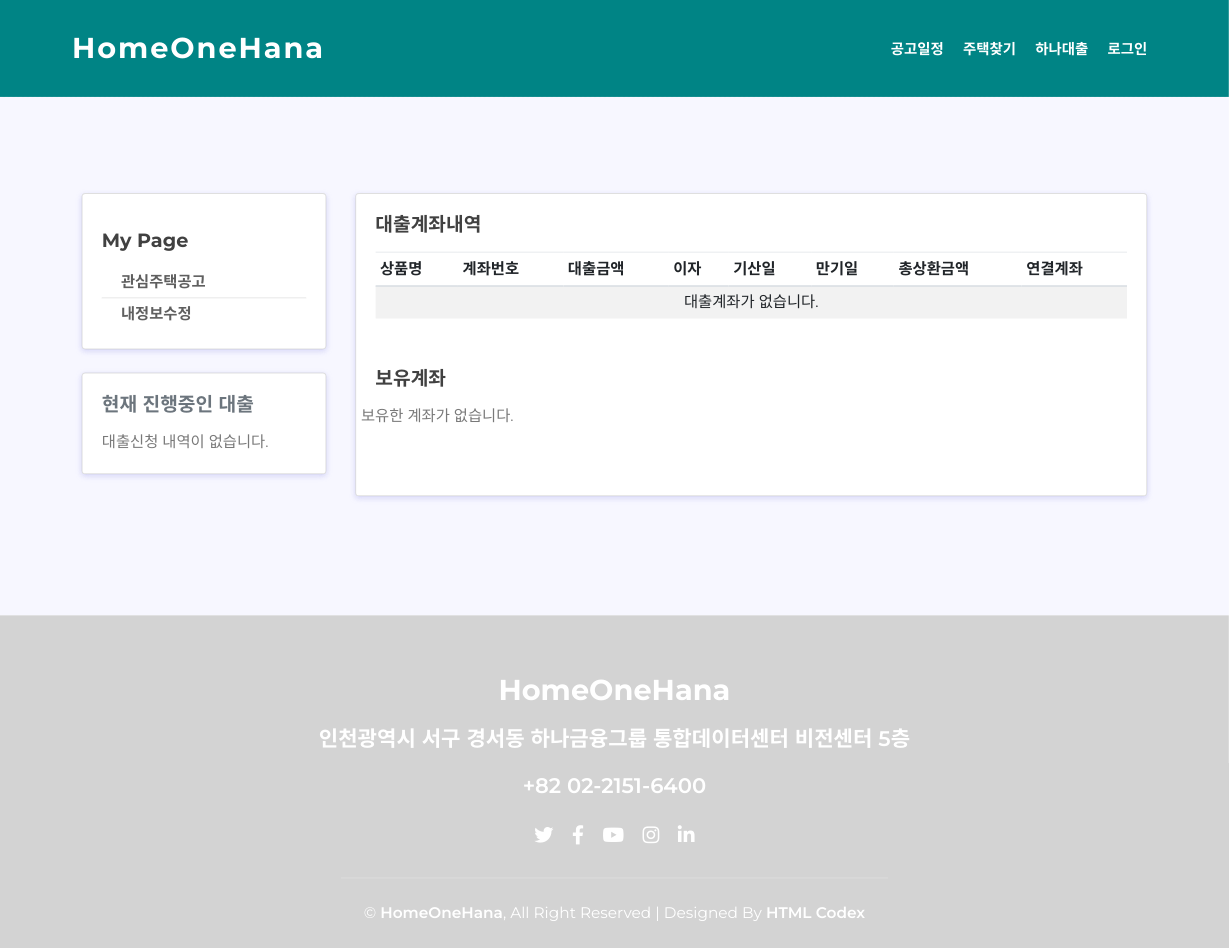
Repository: koposoftware/2021_10_syyoon
Page: http://localhost/HomeOneHana/WEB-INF/jsp/mypage/mypage.jsp
The author's editor kept a copy of each file at every save. The page is drawn from the files as they stood at one save, then again after the next save.
The browser window is 1280 px wide. The pictures show the whole page, at 96% of full size.
After loading, the first visible `#Menu2` was clicked once.
Some icons come from a web library that is not loaded, so they are not drawn. Some web libraries are served in a nearby version. The page is served by Tomcat 9. Nobody is signed in. Other server files are loaded and not shown. The template is opened directly, without the code that normally fills it, so the values that code supplies are empty.

Above is the page before, as saved 2021-09-20 12:24:23.

### project/Spring-mvc/HomeOneHana/src/main/webapp/WEB-INF/jsp/mypage/mypage.jsp
<%@ page language="java" contentType="text/html; charset=UTF-8"
    pageEncoding="UTF-8"%>
<%@ taglib prefix="c" uri="http://java.sun.com/jsp/jstl/core" %>
<%@ taglib prefix="fmt" uri="http://java.sun.com/jsp/jstl/fmt" %>
<%@ taglib prefix="fn" uri="http://java.sun.com/jsp/jstl/functions" %>
<!DOCTYPE html>
<html>
<head>
<meta charset="UTF-8">
<title>HomeOneHana::마이페이지</title>
<link href="${ pageContext.request.contextPath }/resources/css/top/menubg.css" rel="stylesheet">
<link href="${ pageContext.request.contextPath }/resources/css/mypage/mypage.css" rel="stylesheet">
<script src="https://code.jquery.com/jquery-3.6.0.js"></script>
<script src="${ pageContext.request.contextPath }/resources/js/mypage/mypage.js"></script>

</head>
<body>
	<header>
		<div class="limiter">
			<div class="container-login100">
				<div class="wrap-login100">
					<jsp:include page="../include/topMenu.jsp" />
				</div>
			</div>
		</div>

	</header>
	<section>
		<div class="body">
		<div class="container">
			<div class="row">
			    <div class="col-12 col-lg-3">
					<div class="card">
						<div class="card-body">

							<h5 class="my-3">My Page</h5>
							<div class="fm-menu">
								<div class="list-group list-group-flush">
									<a id="Menu1" href="javascript:;" class="list-group-item py-1"><i class="bx bx-devices me-2"></i><span>대출계좌관리</span></a>
									<a id="Menu2" href="javascript:;" class="list-group-item py-1"><i class="bx bx-folder me-2"></i><span>관심주택공고</span></a>
									<a href="javascript:;" class="list-group-item py-1"><i class="bx bx-plug me-2"></i><span>내정보수정</span></a>

								</div>
							</div>
						</div>
					</div>
					<div class="card">
						<div class="card-body">
							<h5 class="mb-0 text-primary font-weight-bold"><span class="float-end text-secondary">현재 진행중인 대출</span></h5>

							<div class="mt-3"></div>
							<c:if test="${not empty contractList }">
								<c:forEach items="${contractList }" var="contract" varStatus="loop">

									<div class="d-flex align-items-center loanbox">
										<div


											<c:if test="${contract.status eq '심사중' }">class="fm-file-box bg-light-primary text-primary loan-reviewBox"</c:if>
											<c:if test="${contract.status eq '대출완료' }">class="fm-file-box bg-light-primary text-primary loan-finishBox"</c:if>
											<c:if test="${contract.status eq '대출승인' }"> class="fm-file-box bg-light-primary text-primary loan-acceptBox"</c:if>
											<c:if test="${contract.status eq '대출거절' }"> class="fm-file-box bg-light-primary text-primary loan-rejectBox"</c:if>
											>
											<p class="loanstatus">${ contract.status}</p>
										</div>
										<div class="flex-grow-1 ms-2">
											<h6 class="mb-0 loanname"><a
												<c:if test="${contract.status eq '대출승인' }">
													href="${ pageContext.request.contextPath }/loan/contract?contractcode=${contract.contractcode}"
												</c:if>
												<c:if test="${contract.status ne '대출승인' }">
													href="#"
												</c:if>


												>

												${ contract.loanname}</a></h6>
											<p class="mb-0 text-secondary loandate">${contract.stratdt }</p>
										</div>

									</div>

								</c:forEach>

							</c:if>

							<c:if test="${ empty contractList }">
							<div class="d-flex align-items-center mt-3">
								대출신청 내역이 없습니다.
							</div>
							</c:if>

						</div>
					</div>
				</div>


				<div class="col-12 col-lg-9">
					<div class="card" >


					<div class="card-body" id="menu1">
							<div class="d-flex align-items-center">
								<div>
									<h5 class="mb-0">대출계좌내역</h5>
								</div>

							</div>
							<div class="table-responsive mt-3" style="margin-bottom:50px;">
								<table class="table table-striped table-hover table-sm mb-0">
									<thead>
										<tr>
											<th>상품명</th>
											<th>계좌번호</th>
											<th>대출금액</th>
											<th>이자</th>
											<th>기산일</th>
											<th>만기일</th>
											<th>총상환금액</th>
											<th>연결계좌</th>
										</tr>
									</thead>
									<tbody>
									<c:if test="${not empty loanaccountList }">
										<c:forEach items="${loanaccountList }" var="loanacc" varStatus="loop">
										<tr>
											<td>${loanacc.loanname }</td>
											<td>${ fn:substring(loanacc.loanaccount,0,3) }-${ fn:substring(loanacc.loanaccount,3,9) }-${ fn:substring(loanacc.loanaccount,9,13) }</td>
											<td><fmt:formatNumber value="${loanacc.principal }" type="currency"/></td>
											<td>${loanacc.finalrate }%</td>
											<td>${loanacc.accountdt }</td>
											<td>${loanacc.duedate }</td>
											<td>${loanacc.repayamount }</td>
											<td>${ fn:substring(loanacc.account,0,3) }-${ fn:substring(loanacc.account,3,9) }-${ fn:substring(loanacc.account,9,13) }</td>
										</tr>
										</c:forEach>

									</c:if>
									<c:if test="${empty loanaccountList }">
										<tr>
											<td style="text-align:center;" colspan="8">대출계좌가 없습니다.</td>
										</tr>
									</c:if>
									</tbody>
								</table>
							</div>

							<div class="d-flex align-items-center">
								<div>
									<h5 class="mb-0">보유계좌</h5>
								</div>

							</div>
							<div class="row mt-3" style="margin-bottom:50px;">
								<c:if test="${ not empty accountList }">
									<c:forEach items="${ accountList }" var="acc" varStatus="loop">
											<div class="col-12 col-lg-4">
												<div class="card shadow-none border radius-15">
												<div class="card-body">
													<div class="d-flex align-items-center">
														<div ><span class="subti" >${acc.name}</span>
														</div>
														<div class="ms-auto"><i class="fas fa-money-check-alt"></i>
														</div>
													</div>
													<h5 class="mt-3 mb-0"><fmt:formatNumber value="${acc.balance }" type="currency"/></h5>
													<p class="mb-1 mt-4" style="font-size:12px;">
														<span class="float-end">${fn:substring(acc.account,0,3)}-${fn:substring(acc.account,3,9)}-${fn:substring(acc.account,9,13)}</span>
														<span>(${acc.alias})</span>
													</p>
													</div>
												</div>
											</div>
									</c:forEach>
								</c:if>
								<c:if test="${ empty accountList }">
									<div >
										보유한 계좌가 없습니다.
									</div>
								</c:if>
							</div>


						</div>


						<div class="card-body" id="menu2">

							<h5>관심주택</h5>
							<div class="row mt-3" style="margin-bottom:50px;">
								<c:if test="${not empty favoriteHome }">
									<c:forEach items="${ favoriteHome }" var="home" varStatus="loop">
										<div class="col-12 col-lg-4">
											<div class="card shadow-none border radius-15">
											<div class="card-body">
												<div class="d-flex align-items-center">
													<div ><span class="subti"><i class="fas fa-home"></i> ${home.enrolldt}</span>
													</div>
													<div class="ms-auto font-20"><i class="fas fa-star" style="color:#ffd400;"></i>
													</div>
												</div>
												<h5 class="mt-3 mb-0">

													<a

														<c:if test="${contract.status eq '대출승인' }">href="${pageContext.request.contextPath }/search/Detail/${ home.rnadres }"</c:if>
														<c:if test="${contract.status ne '대출승인' }">href="#"</c:if>

														>${home.rnadres}</a>

												</h5>
												<p class="mb-1 mt-4" style="font-size:12px;"><span>${home.insttnm}</span>-<span class="float-end">${home.suplytynm}</span>
												</p>
												</div>
											</div>
										</div>

									</c:forEach>
								</c:if>


								<c:if test="${ empty favoriteHome }">
									<div>
										즐겨찾기한 주택이 없습니다.
									</div>
								</c:if>
							</div>

							<!--end row-->
							<div class="d-flex align-items-center">
								<div>
									<h5 class="mb-0">관심공고</h5>
								</div>

							</div>
							<div class="table-responsive mt-3" style="margin-bottom:50px;">
								<table class="table table-striped table-hover table-sm mb-0">
									<thead>
										<tr>
											<th>공고명 <i class="bx bx-up-arrow-alt ms-2"></i>
											</th>
											<th>마감일</th>
											<th>즐겨찾기등록일</th>
											<th></th>
										</tr>
									</thead>
									<tbody>
									<c:if test="${not empty favoriteNotice }">
										<c:forEach items="${favoriteNotice }" var="noti" varStatus="loop">
										<tr>
											<td>
												<div class="d-flex align-items-center">
													<div><i class="bx bxs-file-pdf me-2 font-24 text-danger"></i>
													</div>
													<div class="font-weight-bold">
														${noti.noticetitle }
													</div>
												</div>
											</td>
											<td>${noti.noticeend }</td>
											<td>${noti.enrolldt }</td>
											<td><i class="fas fa-heart font-22" style="color:#e90061"></i>
											</td>
										</tr>
										</c:forEach>

									</c:if>
									<c:if test="${empty favoriteNotice }">
										<tr>
											<td colspan="4">관심공고가 없습니다.</td>
										</tr>
									</c:if>
									</tbody>
								</table>
							</div>
						</div>
						</div>

					</div>
				</div>

			</div>
			</div>
			</div>
	</section>
	<script>
		$('#menu1').show()
		$('#menu2').hide()
	</script>
	<footer>
		<jsp:include page="../include/bottomMenu.jsp" />
	</footer>
</body>
</html>

### project/Spring-mvc/HomeOneHana/src/main/webapp/WEB-INF/jsp/include/topMenu.jsp
<%@ page language="java" contentType="text/html; charset=UTF-8"
    pageEncoding="UTF-8"%>
<%@ taglib prefix="c" uri="http://java.sun.com/jsp/jstl/core" %>

        <meta content="width=device-width, initial-scale=1.0" name="viewport">
        <meta content="Free Website Template" name="keywords">
        <meta content="Free Website Template" name="description">


		<!-- font-awesome icon  -->
		<link href="//maxcdn.bootstrapcdn.com/font-awesome/4.1.0/css/font-awesome.min.css" rel="stylesheet" />

        <!-- Favicon -->
        <!-- <link href="/Practice-Web/Front/img/favicon.ico" rel="icon"> -->

        <!-- Google Font -->
        <link href="https://fonts.googleapis.com/css2?family=Montserrat:wght@300;400;500;600;700&display=swap" rel="stylesheet">
		<link href="https://fonts.googleapis.com/css2?family=Noto+Sans+KR:wght@100&display=swap" rel="stylesheet">

        <!-- CSS Libraries -->
        <link href="https://stackpath.bootstrapcdn.com/bootstrap/4.4.1/css/bootstrap.min.css" rel="stylesheet">
        <link href="https://cdnjs.cloudflare.com/ajax/libs/font-awesome/5.10.0/css/all.min.css" rel="stylesheet">

        <link href="${ pageContext.request.contextPath }/resources/lib/animate/animate.min.css" rel="stylesheet">
        <link href="${ pageContext.request.contextPath }/resources/lib/owlcarousel/assets/owl.carousel.min.css" rel="stylesheet">
        <link href="${ pageContext.request.contextPath }/resources/lib/lightbox/css/lightbox.min.css" rel="stylesheet">



        <!-- Template Stylesheet -->
        <link href="${ pageContext.request.contextPath }/resources/css/style.css" rel="stylesheet">

<!-- Nav Bar Start -->
<div class="navbar navbar-expand-lg bg-light navbar-light">
    <div class="container-fluid">
        <a href="${ pageContext.request.contextPath }/" class="navbar-brand">HomeOneHana</a>
        <button type="button" class="navbar-toggler" data-toggle="collapse" data-target="#navbarCollapse">
            <span class="navbar-toggler-icon"></span>
        </button>

        <div class="collapse navbar-collapse justify-content-between" id="navbarCollapse">
            <div class="navbar-nav ml-auto">
                <a href="${ pageContext.request.contextPath }/schedule" class="nav-item nav-link">공고일정</a>
                <a href="${ pageContext.request.contextPath }/search" class="nav-item nav-link">주택찾기</a>
                <a href="${ pageContext.request.contextPath }/loan" class="nav-item nav-link">하나대출</a>
            	<c:if test="${ empty sessionScope.loginVO  }">
                <!-- <a href="Front/index2.jsp" class="nav-item nav-link active">Home</a> -->
                <%-- <a href="${ pageContext.request.contextPath }/loan/review" class="nav-item nav-link">대출상담</a> --%>
                <a href="${ pageContext.request.contextPath }/login" class="nav-item nav-link">로그인</a>
				</c:if>

                <%--로그인사용자만 접근가능 --%>
                <c:if test="${ not empty sessionScope.loginVO  }">
	               	<a href="${ pageContext.request.contextPath }/logout" class="nav-item nav-link">로그아웃</a>
	                <a href="${ pageContext.request.contextPath }/mypage" class="nav-item nav-link"><i class="fas fa-user-circle fa-3x"></i></a>
                </c:if>

            </div>
        </div>
    </div>
</div>

### project/Spring-mvc/HomeOneHana/src/main/webapp/WEB-INF/jsp/include/bottomMenu.jsp
<%@ page language="java" contentType="text/html; charset=UTF-8"
    pageEncoding="UTF-8"%>
		<!-- Footer Start -->
        <div class="footer wow fadeIn" data-wow-delay="0.3s">
            <div class="container-fluid">
                <div class="container">
                    <div class="footer-info">
                        <h2>HomeOneHana</h2>
                        <h3>인천광역시 서구 경서동 하나금융그룹 통합데이터센터 비전센터 5층</h3>
                        <div class="footer-menu">
                            <p>+82 02-2151-6400</p>
                        </div>
                        <div class="footer-social">
                            <a href=""><i class="fab fa-twitter"></i></a>
                            <a href=""><i class="fab fa-facebook-f"></i></a>
                            <a href=""><i class="fab fa-youtube"></i></a>
                            <a href=""><i class="fab fa-instagram"></i></a>
                            <a href=""><i class="fab fa-linkedin-in"></i></a>
                        </div>
                    </div>
                </div>
                <div class="container copyright">
                    <p>&copy; <a href="#">HomeOneHana</a>, All Right Reserved | Designed By <a href="https://htmlcodex.com">HTML Codex</a></p>
                </div>
            </div>
        </div>
        <!-- Footer End -->


        <!-- Back to top button -->
        <a href="#" class="btn back-to-top"><i class="fa fa-chevron-up"></i></a>


        <!-- Pre Loader -->
        <div id="loader" class="show">
            <div class="loader"></div>
        </div>


		<!-- JavaScript Libraries -->
        <script src="https://code.jquery.com/jquery-3.4.1.min.js"></script>
        <script src="https://stackpath.bootstrapcdn.com/bootstrap/4.4.1/js/bootstrap.bundle.min.js"></script>
        <script src="${ pageContext.request.contextPath }/resources/lib/easing/easing.min.js"></script>
        <script src="${ pageContext.request.contextPath }/resources/lib/wow/wow.min.js"></script>
        <script src="${ pageContext.request.contextPath }/resources/lib/waypoints/waypoints.min.js"></script>
        <script src="${ pageContext.request.contextPath }/resources/lib/typed/typed.min.js"></script>
        <script src="${ pageContext.request.contextPath }/resources/lib/owlcarousel/owl.carousel.min.js"></script>
        <script src="${ pageContext.request.contextPath }/resources/lib/isotope/isotope.pkgd.min.js"></script>
        <script src="${ pageContext.request.contextPath }/resources/lib/lightbox/js/lightbox.min.js"></script>

        <!-- Contact Javascript File -->
        <script src="${ pageContext.request.contextPath }/resources/mail/jqBootstrapValidation.min.js"></script>
        <script src="${ pageContext.request.contextPath }/resources/mail/contact.js"></script>

        <!-- Template Javascript -->
        <script src="${ pageContext.request.contextPath }/resources/js/main.js"></script>

### project/Spring-mvc/HomeOneHana/src/main/webapp/resources/css/top/menubg.css
@charset "UTF-8";


header{
	height:101px;
	background-color:#008485;
}
@media(max-width:992px){
	header{
		height:70px;
	}
}

### project/Spring-mvc/HomeOneHana/src/main/webapp/resources/css/mypage/mypage.css
@charset "UTF-8";



.body{
padding-top:100px;
padding-bottom:100px;
background-color: #f7f7ff;
}
.card {
    position: relative;
    display: flex;
    flex-direction: column;
    min-width: 0;
    word-wrap: break-word;
    background-color: #fff;
    background-clip: border-box;
    border: 0px solid rgba(0, 0, 0, 0);
    border-radius: .25rem;
    margin-bottom: 1.5rem;
    box-shadow: 0 2px 6px 0 rgb(218 218 253 / 65%), 0 2px 6px 0 rgb(206 206 238 / 54%);
}

.card-body h5{
	font-weight:700;
}


.fm-file-box {
    font-size: 25px;
    background: #e9ecef;
    width: 44px;
    height: 44px;
    display: flex;
    align-items: center;
    justify-content: center;
    border-radius: .25rem;
}
.ms-2 {
    margin-left: .5rem!important;
}

.fm-menu .list-group a {
    font-size: 16px;
    color: #5f5f5f;
    display: flex;
    align-items: center;
}
.list-group-flush>.list-group-item {
    border-width: 0 0 1px;
}
.list-group-item+.list-group-item {
    border-top-width: 0;
}
.py-1 {
	font-weight:700;
    padding-top: .25rem!important;
    padding-bottom: .25rem!important;
}
.list-group-item {
    position: relative;
    display: block;
    padding: .5rem 1rem;
    text-decoration: none;
    background-color: #fff;
    border: 1px solid rgba(0, 0, 0, .125);
}

.radius-15 {
    border-radius: 15px;
}
.fm-icon-box {
    font-size: 32px;
    background: #ffffff;
    width: 52px;
    height: 52px;
    display: flex;
    align-items: center;
    justify-content: center;
    border-radius: .25rem;
}
.font-24 {
    font-size: 24px;
}
.ms-auto {
    margin-left: auto!important;
}
.font-30 {
    font-size: 30px;
}
.user-groups img {
    margin-left: -14px;
    border: 1px solid #e4e4e4;
    padding: 2px;
    cursor: pointer;
}

.rounded-circle {
    border-radius: 50%!important;
}

### project/Spring-mvc/HomeOneHana/src/main/webapp/resources/js/mypage/mypage.js
/**
 *
 */
$(document).ready(function(){
	$('#Menu2').click(function(){
		$('#Menu1').hide()
	})

})

Loaded but not shown: project/Spring-mvc/HomeOneHana/src/main/webapp/resources/lib/animate/animate.min.css (library); project/Spring-mvc/HomeOneHana/src/main/webapp/resources/lib/owlcarousel/assets/owl.carousel.min.css (common file); project/Spring-mvc/HomeOneHana/src/main/webapp/resources/lib/lightbox/css/lightbox.min.css (common file); project/Spring-mvc/HomeOneHana/src/main/webapp/resources/lib/easing/easing.min.js (common file); project/Spring-mvc/HomeOneHana/src/main/webapp/resources/lib/wow/wow.min.js (library); project/Spring-mvc/HomeOneHana/src/main/webapp/resources/lib/waypoints/waypoints.min.js (library); project/Spring-mvc/HomeOneHana/src/main/webapp/resources/lib/typed/typed.min.js (library); project/Spring-mvc/HomeOneHana/src/main/webapp/resources/lib/owlcarousel/owl.carousel.min.js (library); project/Spring-mvc/HomeOneHana/src/main/webapp/resources/lib/isotope/isotope.pkgd.min.js (library); project/Spring-mvc/HomeOneHana/src/main/webapp/resources/lib/lightbox/js/lightbox.min.js (library); project/Spring-mvc/HomeOneHana/src/main/webapp/resources/mail/jqBootstrapValidation.min.js (library); project/Spring-mvc/HomeOneHana/src/main/webapp/resources/js/main.js (108 lines, source omitted); project/Spring-mvc/HomeOneHana/src/main/webapp/resources/mail/contact.js (65 lines, source omitted); project/Spring-mvc/HomeOneHana/src/main/webapp/resources/css/style.css (1648 lines, source omitted)

After the next save:
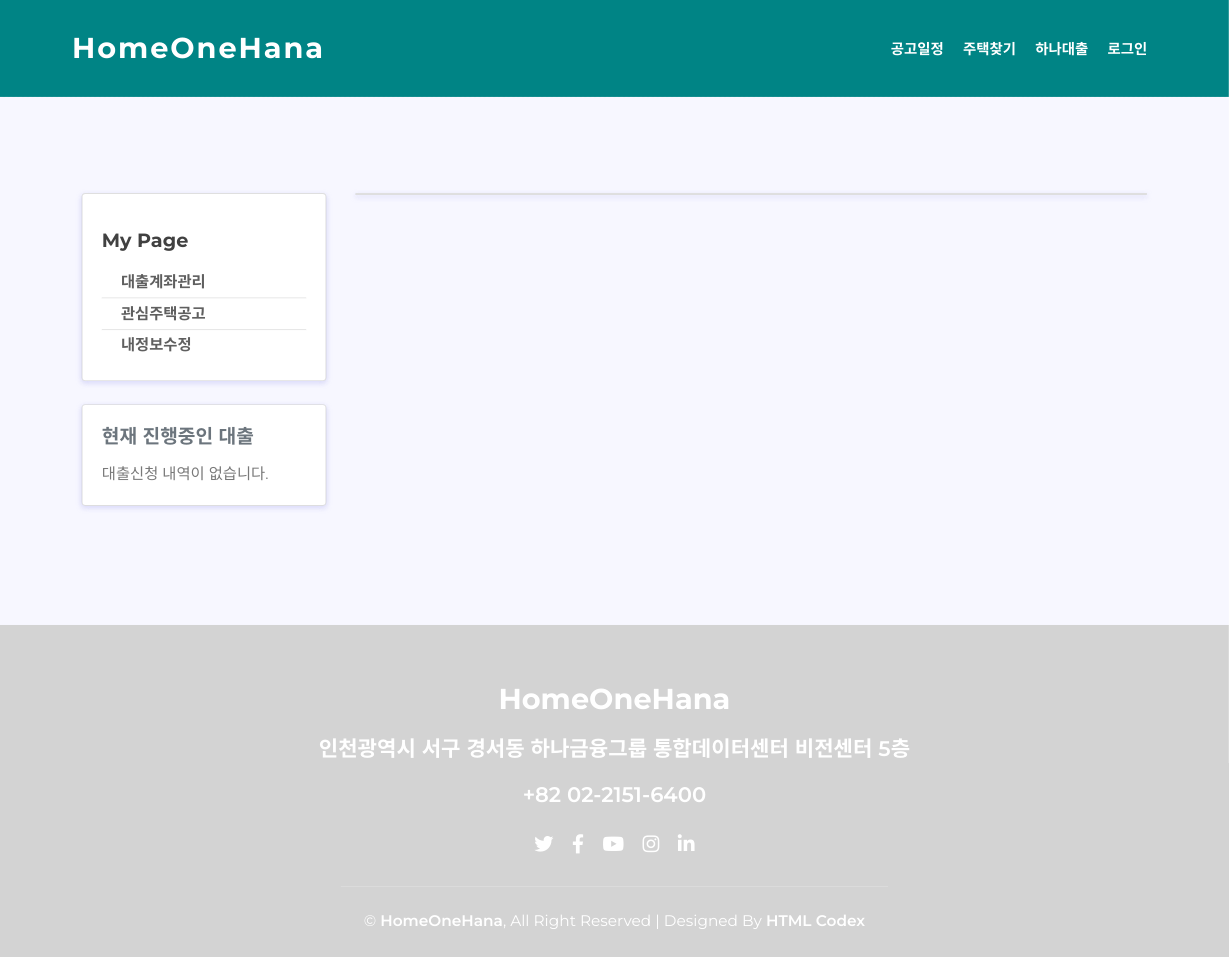
Saved 4 min 3 s later.
--- a/project/Spring-mvc/HomeOneHana/src/main/webapp/resources/js/mypage/mypage.js
+++ b/project/Spring-mvc/HomeOneHana/src/main/webapp/resources/js/mypage/mypage.js
@@ -3,7 +3,7 @@
  */
 $(document).ready(function(){
 	$('#Menu2').click(function(){
-		$('#Menu1').hide()
+		$('#menu1').hide()
 	})
 
 })
